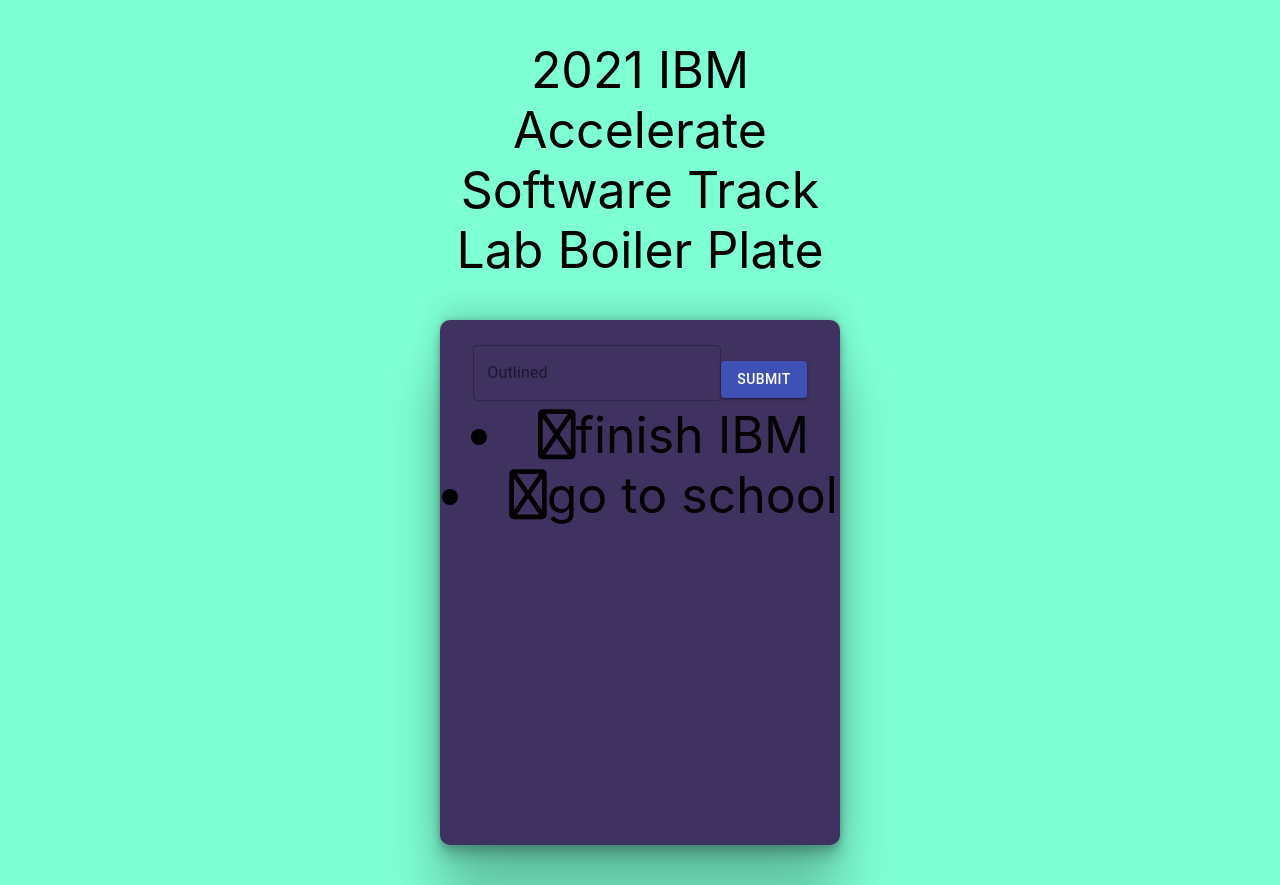
Repository: 2021-IBM-Accelerate-SW-Track/lab-1-team-34
Page: /
These files come from the project's save history. The page is drawn as it stood at one moment and after the next save; the edit follows.
The browser window is 1280 px wide. The pictures show the whole page.
Some web libraries are served in a nearby version. The project was rebuilt for these pictures with package versions that can differ from the ones it lists, and the page was loaded fresh each time.

Above is the page before, as saved 2021-06-13 16:55:51.

After the next save:
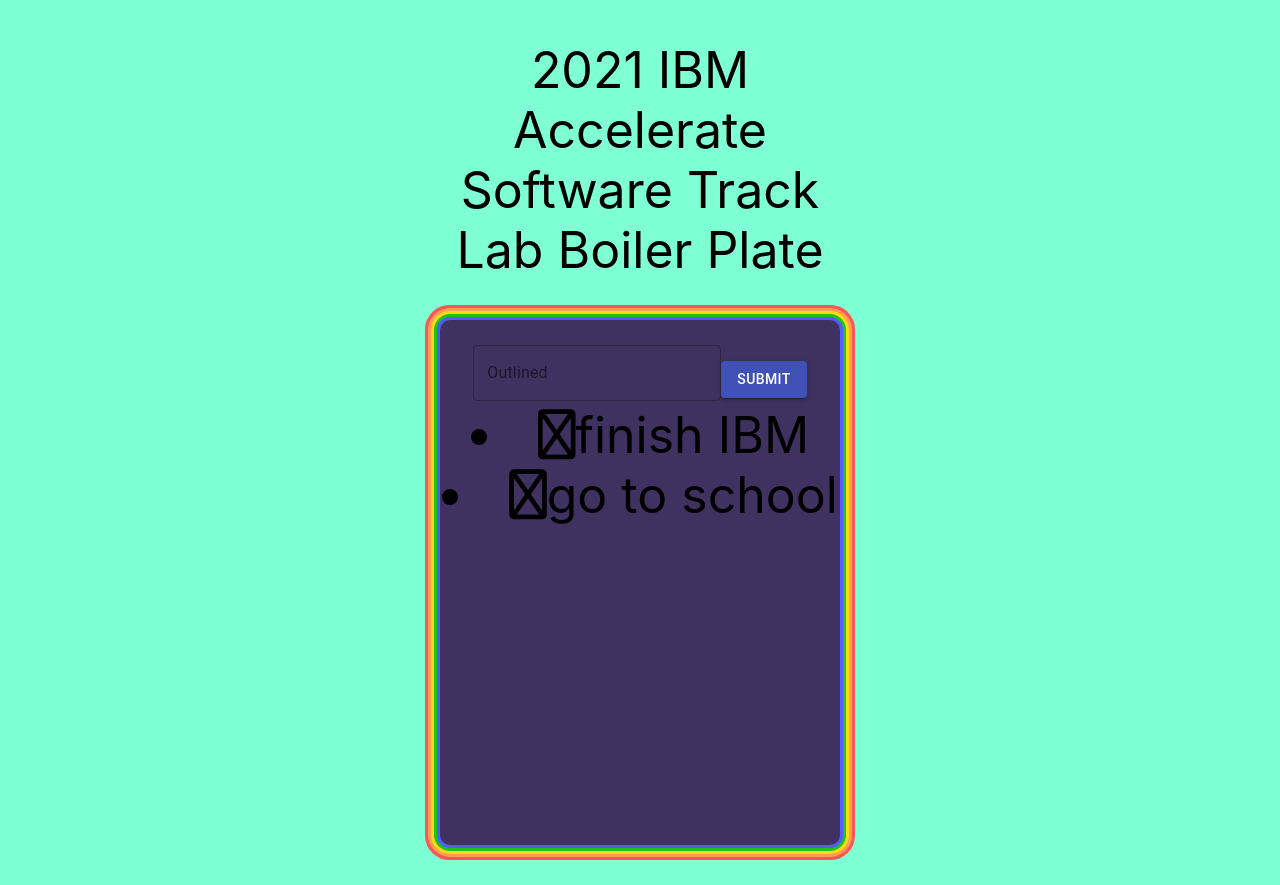
Saved 22 s later.
--- a/src/component/Input/input.css
+++ b/src/component/Input/input.css
@@ -9,6 +9,10 @@
   box-shadow: rgba(0, 0, 0, 0.25) 0px 54px 55px,
     rgba(0, 0, 0, 0.12) 0px -12px 30px, rgba(0, 0, 0, 0.12) 0px 4px 6px,
     rgba(0, 0, 0, 0.17) 0px 12px 13px, rgba(0, 0, 0, 0.09) 0px -3px 5px;
+
+  box-shadow: rgb(85, 91, 255) 0px 0px 0px 3px, rgb(31, 193, 27) 0px 0px 0px 6px,
+    rgb(255, 217, 19) 0px 0px 0px 9px, rgb(255, 156, 85) 0px 0px 0px 12px,
+    rgb(255, 85, 85) 0px 0px 0px 15px;
 }
 .inputtext {
   background-color: #ffffff;
